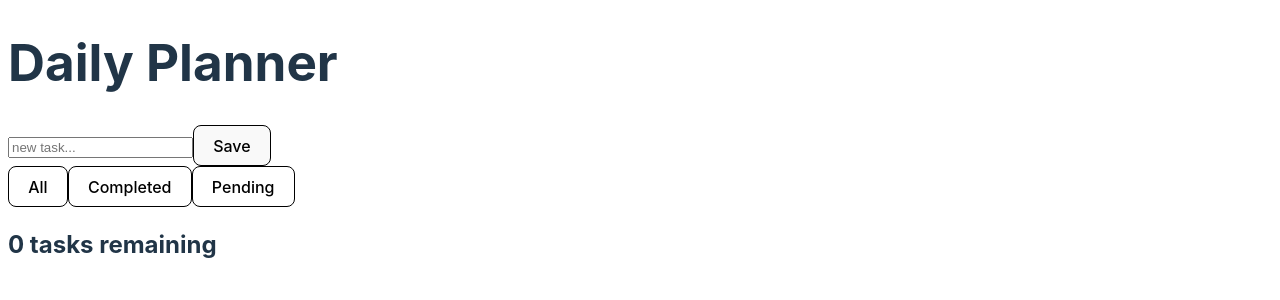
Repository: leslie179/labfour
Page: / (app in labfour/)
The author's editor kept a copy of each file at every save. The page is drawn from the files as they stood at one save, then again after a run of saves.
The browser window is 1280 px wide. The pictures show the whole page.
The project was rebuilt for these pictures with package versions that can differ from the ones it lists, and the page was loaded fresh each time. Also part of the build but not shown: labfour/vite.config.js, labfour/src/components/Task.jsx.

Above is the page before, as saved 2024-10-27 19:48:18.

After the next 2 saves:
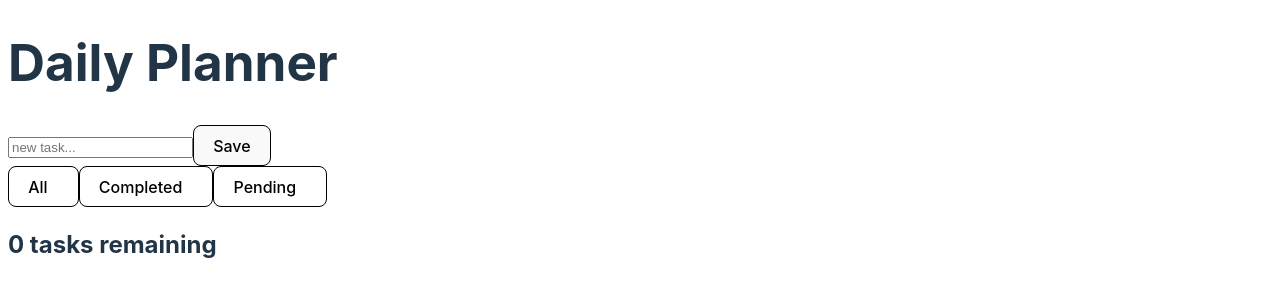
The 2 saves are shown as one change because they came seconds apart.
The last was saved 8 s later.
--- a/labfour/src/App.css
+++ b/labfour/src/App.css
@@ -23,6 +23,7 @@
 .filter-button{
   border: 1px solid black;
   background-color: white;
+  padding-right: 30px;
 }
 
 .completed {
